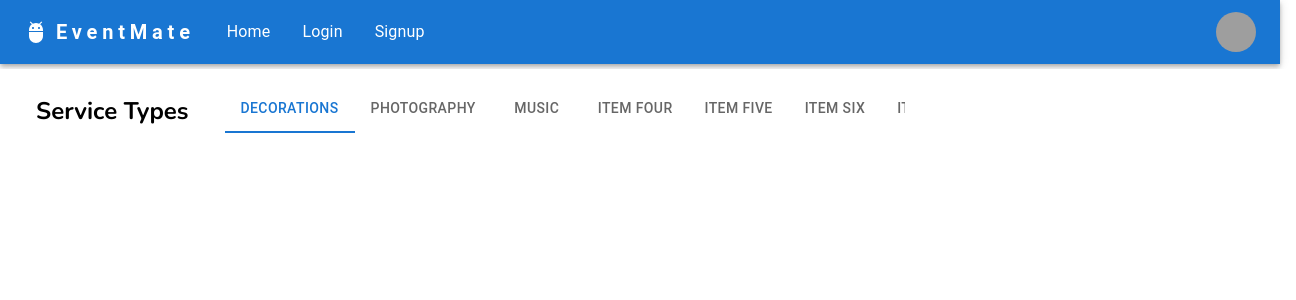
Repository: Farida-Yeasmin-Mim/EventMate_Frontend
Page: /filterpage
These files come from the project's save history. The page is drawn as it stood at one moment and after the next save; the edit follows.
The browser window is 1280 px wide. The page is 1296 px wide, so the pictures cover 1296 px, including what lies to the right of the window. The pictures show the whole page.
Pictures or frames that could not be fetched are drawn as grey boxes. The page's requests for data from a server got no answer. The project was rebuilt for these pictures with package versions that can differ from the ones it lists, and the page was loaded fresh each time. No one was signed in, and anything a server would have sent is missing. Also part of the build but not shown: src/components/PostRequest.js, src/pages/auth/Login.js, src/components/seletionTextField/selectGender.js, src/pages/auth/Signup.js, src/components/vendor/RegVendor.js, src/components/offer.js, src/components/productcategories.js, src/components/icontabs.js and 15 more.

Above is the page before, as saved 2022-08-16 17:55:43.

After the next save:
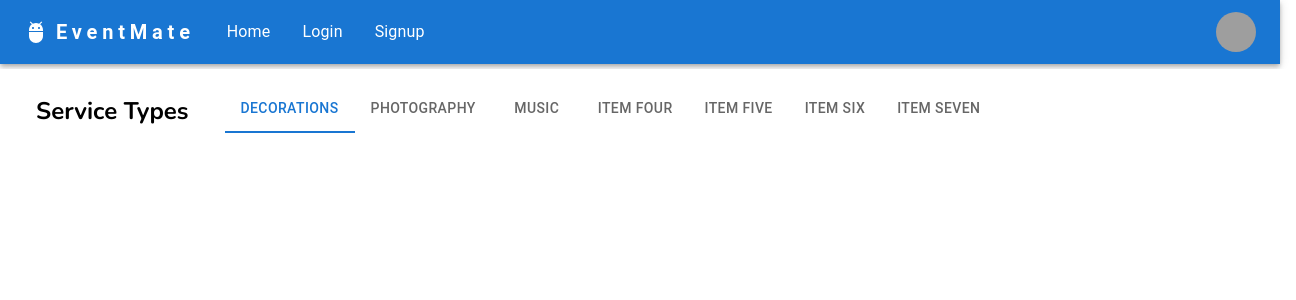
Saved 29 s later.
--- a/src/components/event/filter/FilterPage.js
+++ b/src/components/event/filter/FilterPage.js
@@ -50,7 +50,7 @@ export default function ScrollableTabsButtonAuto() {
             </Grid>
             <Grid item>
 
-                <Box sx={{ maxWidth: { xs: 320, sm: 680 }, bgcolor: 'background.paper' }}>
+                <Box sx={{ maxWidth: { xs: 320, sm: 780 }, bgcolor: 'background.paper' }}>
                     <Tabs
                         value={value}
                         onChange={handleChange}
